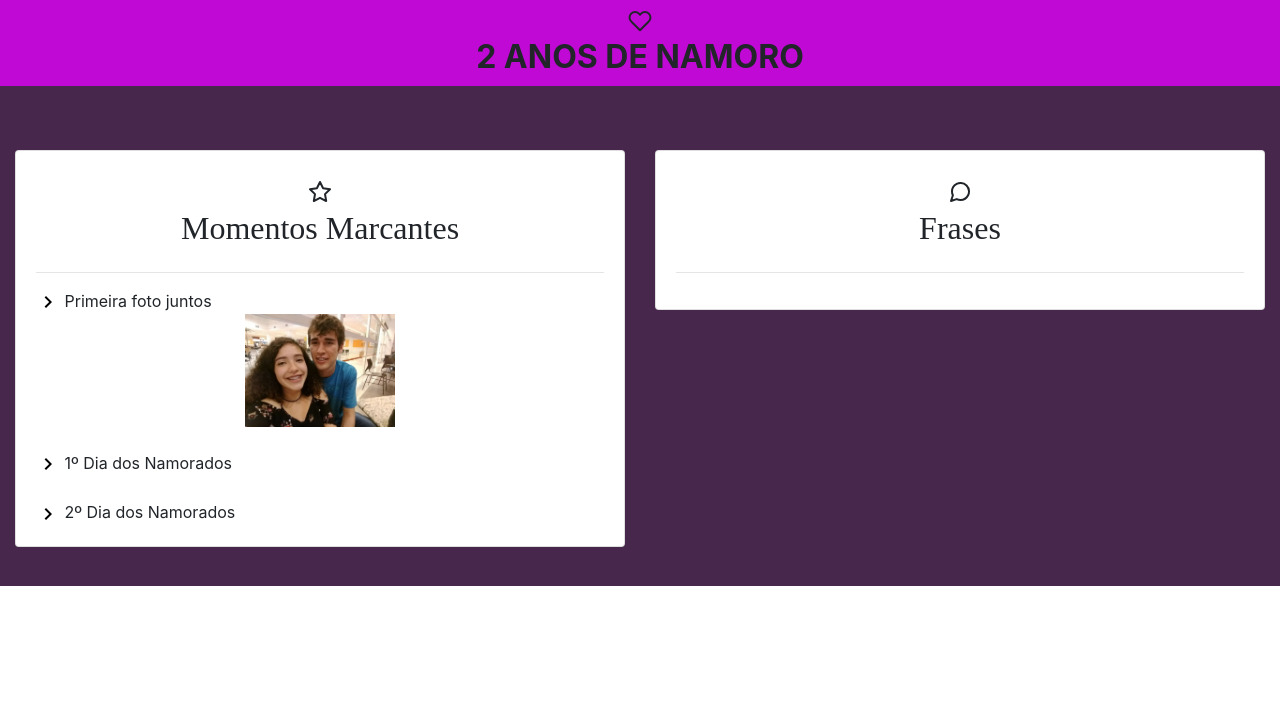
Repository: MeuAmor/meuamor.github.io
Page: index.html
An editor plug-in stored every save of this project. The page is shown before and after the next save, followed by the edit.
The browser window is 1280 px wide. The pictures show the whole page.

Above is the page before, as saved 2019-08-20 22:10:32.

After the next save:
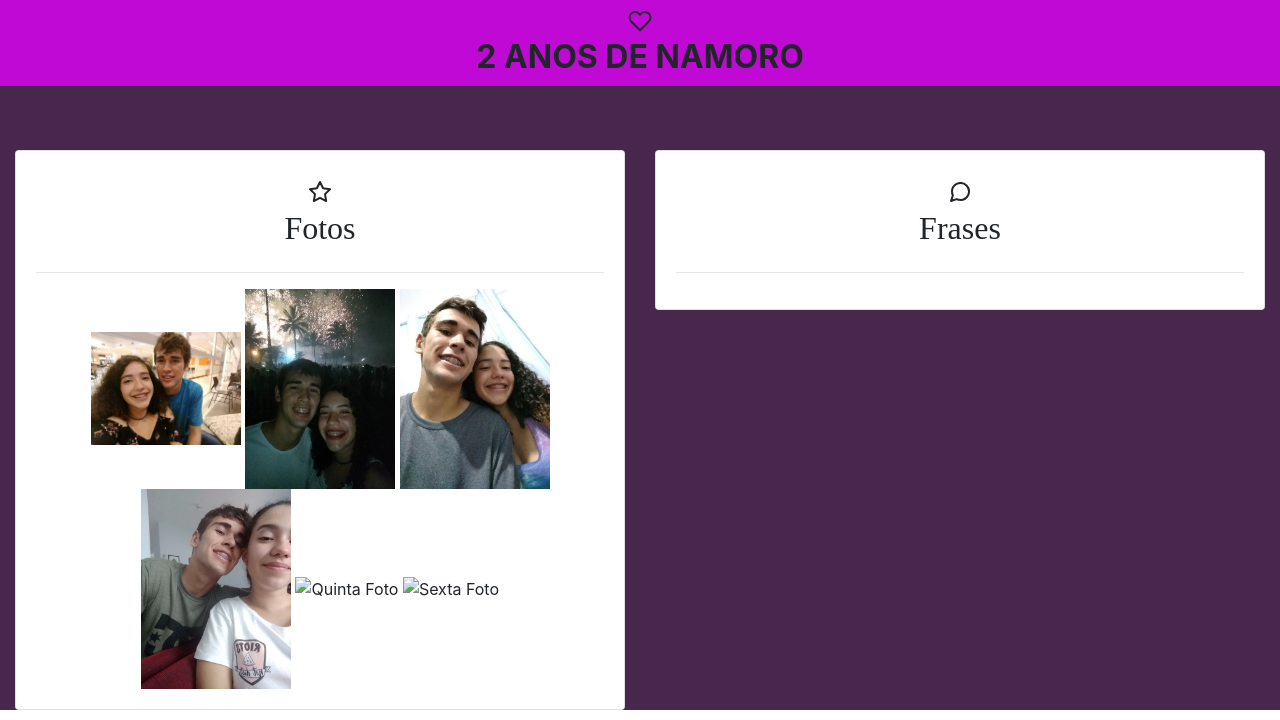
Not found: imagens/quinta_foto.jpg
Not found: imagens/sexta_foto.jpg
Saved 44 min 27 s later.
--- a/index.html
+++ b/index.html
@@ -78,21 +78,26 @@
                 </div>
                 <div class="text-center" style="font-family: 'Times New Roman', Times, serif">
 
-                    Momentos Marcantes
+                    Fotos
                 </div>
             </h2>
             <hr>
             <div>
 
-                <svg xmlns="http://www.w3.org/2000/svg" width="24" height="24" viewBox="0 0 24 24">
+                <!-- <svg xmlns="http://www.w3.org/2000/svg" width="24" height="24" viewBox="0 0 24 24">
                     <path d="M8.59 16.59L13.17 12 8.59 7.41 10 6l6 6-6 6-1.41-1.41z"/>
                     <path fill="none" d="M0 0h24v24H0V0z"/>
                 </svg>
-                Primeira foto juntos<br>
+                Primeira foto juntos<br> -->
                 <div class="text-center">
                     <img src="imagens/primeira_foto.jpg" alt="Primeira Foto" width="150px;">
+                    <img src="imagens/segunda_foto.jpg" alt="Segunda Foto" width="150px;">
+                    <img src="imagens/terceira_foto.jpg" alt="Terceira Foto" width="150px;">
+                    <img src="imagens/quarta_foto.jpg" alt="Quarta Foto" width="150px;">
+                    <img src="imagens/quinta_foto.jpg" alt="Quinta Foto" width="150px;">
+                    <img src="imagens/sexta_foto.jpg" alt="Sexta Foto" width="150px;">
                 </div>
-                <br>
+                <!-- <br>
                 <svg xmlns="http://www.w3.org/2000/svg" width="24" height="24" viewBox="0 0 24 24">
                     <path d="M8.59 16.59L13.17 12 8.59 7.41 10 6l6 6-6 6-1.41-1.41z"/>
                     <path fill="none" d="M0 0h24v24H0V0z"/>
@@ -108,7 +113,7 @@
                 <svg xmlns="http://www.w3.org/2000/svg" width="24" height="24" viewBox="0 0 24 24">
                     <path d="M8.59 16.59L13.17 12 8.59 7.41 10 6l6 6-6 6-1.41-1.41z"/>
                     <path fill="none" d="M0 0h24v24H0V0z"/>
-                </svg> 2º Dia dos Namorados
+                </svg> 2º Dia dos Namorados -->
 
             </div>
 		</div>
